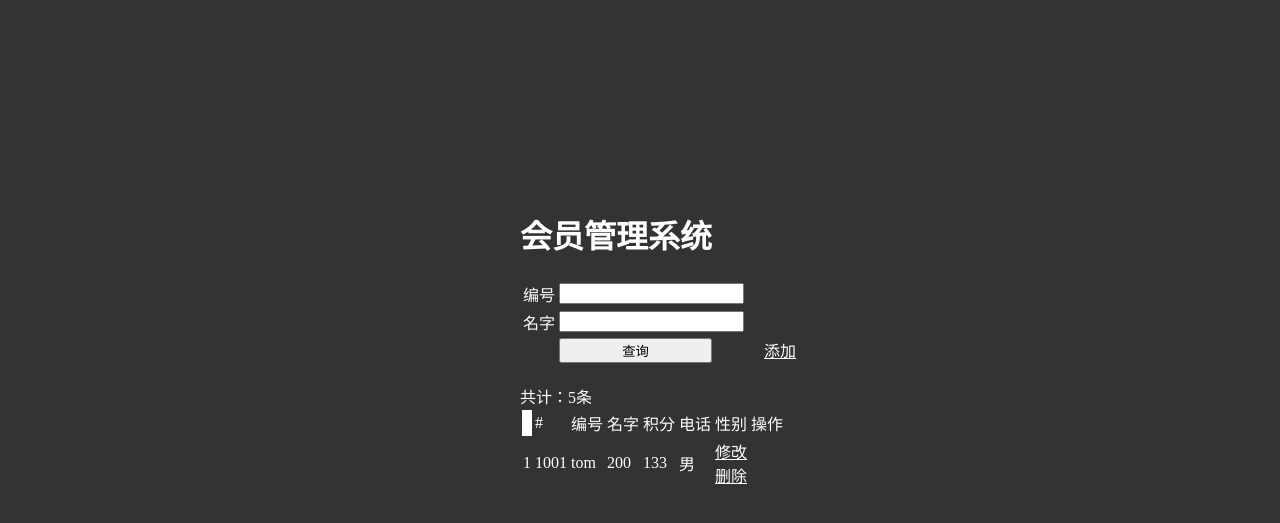
Repository: JasonYan2015/FE-learning-examples
Page: http://localhost/test20160727/home.jsp
These files come from the project's save history. The page is drawn as it stood at one moment and after the next save; the edit follows.
The browser window is 1280 px wide. The pictures show the whole page.
The page is served by Tomcat 9.

Above is the page before, as saved 2016-07-28 01:17:23.

After the next save:
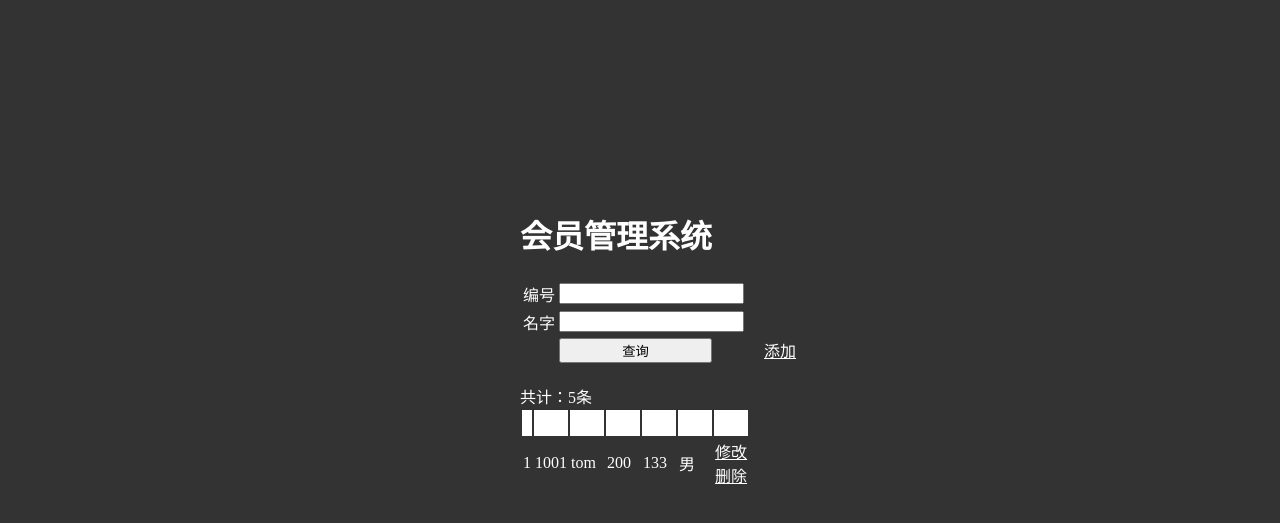
Saved 9 s later.
--- a/eclipse/test20160727/WebContent/home.jsp
+++ b/eclipse/test20160727/WebContent/home.jsp
@@ -45,7 +45,7 @@
 	<br>
 	共计：5条
 		<table>
-			<th style="background-color: white;">
+			<tr style="background-color: white;">
 				<td>#</td>
 				<td>编号</td>
 				<td>名字</td>
@@ -53,7 +53,7 @@
 				<td>电话</td>
 				<td>性别</td>
 				<td>操作</td>
-			</th>
+			</tr>
 			<tr>
 				<td>1</td>
 				<td>1001</td>
